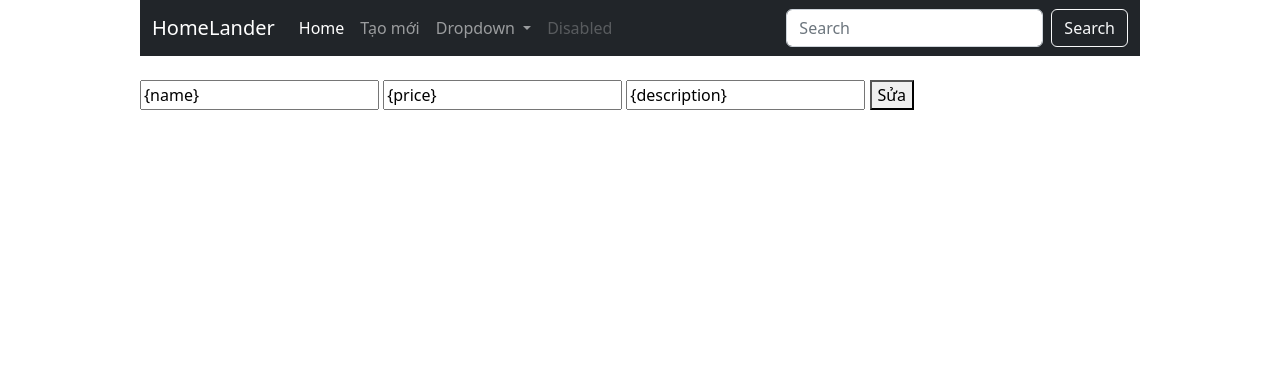
Repository: nguyenhung50497/MD3_CRUD-2Table
Page: src/views/edit.html
The author's editor kept a copy of each file at every save. The page is drawn from the files as they stood at one save, then again after the next save.
The browser window is 1280 px wide. The pictures show the whole page.

Above is the page before, as saved 2022-12-28 16:15:23.

After the next save:
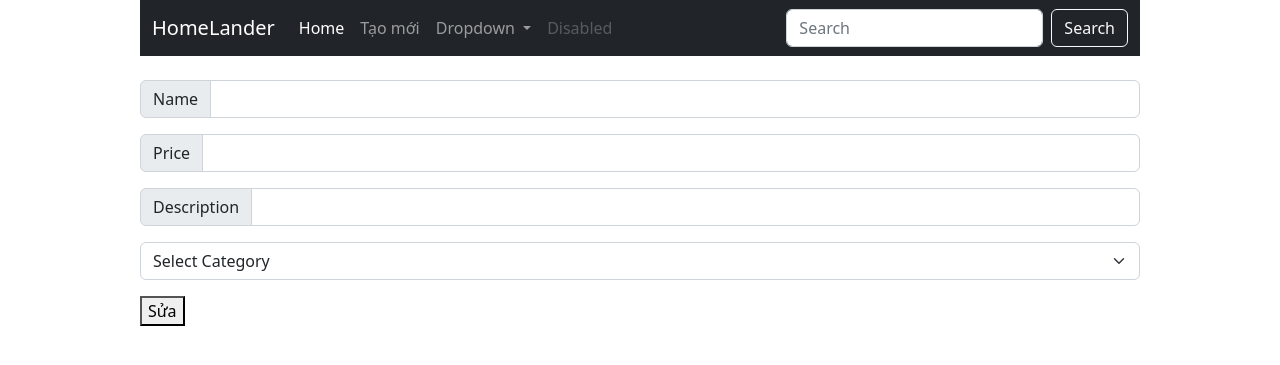
Saved 18 s later.
--- a/src/views/edit.html
+++ b/src/views/edit.html
@@ -46,9 +46,24 @@
       </nav>
       <br>
       <form action="" method="post">
-        <input type="text" name="name" value="{name}">
-        <input type="text" name="price" value="{price}">
-        <input type="text" name="description" value="{description}">
+        <div class="input-group mb-3">
+          <span class="input-group-text" id="inputGroup-sizing-default">Name</span>
+          <input type="text" name="name" class="form-control" aria-label="Sizing example input" aria-describedby="inputGroup-sizing-default">
+        </div>
+        <div class="input-group mb-3">
+          <span class="input-group-text" id="inputGroup-sizing-default">Price</span>
+          <input type="text" name="price" class="form-control" aria-label="Sizing example input" aria-describedby="inputGroup-sizing-default">
+        </div>
+        <div class="input-group mb-3">
+          <span class="input-group-text" id="inputGroup-sizing-default">Description</span>
+          <input type="text" name="description" class="form-control" aria-label="Sizing example input" aria-describedby="inputGroup-sizing-default">
+        </div>
+        <div class="input-group mb-3">
+          <select class="form-select" name="idCategory" aria-label="Default select example">
+            <option selected>Select Category</option>
+            {categories}
+          </select>
+        </div>
         <button type="submit">Sửa</button>
       </form>
     </div>
